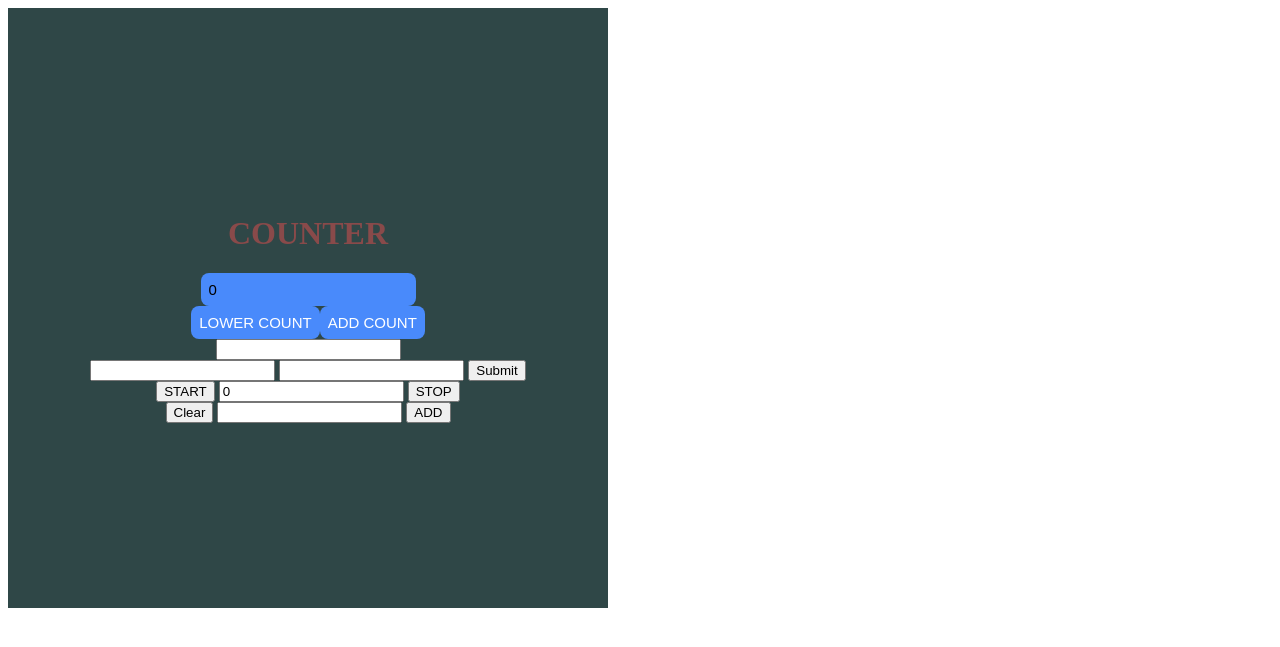
Repository: sedashahnazaryan/Caunter
Page: index.html
The author's editor kept a copy of each file at every save. The page is drawn from the files as they stood at one save, then again after a run of saves.
The browser window is 1280 px wide. The pictures show the whole page.

Above is the page before, as saved 2022-02-15 01:27:47.

### index.html
<!DOCTYPE html>
<html lang="en">
<head>
    <meta charset="UTF-8">
    <meta http-equiv="X-UA-Compatible" content="IE=edge">
    <meta name="viewport" content="width=device-width, initial-scale=1.0">
    <title>Caunter</title>
    <link rel="stylesheet" href="./index.css">
</head>

<body>
    <div class="container">

        <h1 class="counter">COUNTER</h1>
    <input class="item1"id="input" type="text" value="0">
    <div class="btn-item">
        <button id="lower" onclick="">LOWER COUNT </button>
        <button id ="add">ADD COUNT</button>
    </div>

    <input id ="result" type="text">
    <div class="add-item">
        <input id="num1" type="text">
        <input id="num2" type="text">
        <button id="submit">Submit</button>
    </div>

    <div class="item1">
        <button id ="start">START</button>
         <input id ="interval"value=0 type="text">
          <button id ="stop">STOP</button>
    </div>
    <div class="item2">
        <button id ="adding">Clear</button>
        <input id="result-fibo" type="text">
        <button id="add-fibo">ADD</button>
    </div>
</div>

   <script src="./index.js"></script>
</body>
</html>

### index.css




.container{
  display: flex;
  height: 600px;
  width: 600px;
  justify-content: center;
  align-items: center;
  background-color: rgb(47, 71, 71);
  flex-direction: column;
}

.counter{
color: rgba(151, 75, 75, 0.87);

}



.btn-item{
    display: flex;
    justify-content: center;
}
#add,#lower {
    background-color: #498AFB;
    color: white;
    padding: 8px;
    border-radius: 8px;
    border: none;
    font-size: 15px;

    cursor: pointer;

}
/* #lower {
    background-color: #498AFB;
    color: white;
    padding: 8px;
    border-radius: 8px;
    border: none;
    font-size: 15px;
    cursor: pointer; */

           #input{
        background-color: #498AFB;
        /* color: white; */
        padding: 8px;
        border-radius: 8px;
        border: none;
        font-size: 15px;

        cursor: pointer;
    }

### index.js
let counterDisplayElem = document.getElementById('input');
let counterMinusElem = document.getElementById('lower');
let counterPlusElem = document.getElementById('add');
let result=document.getElementById('result');
let num1 =document.getElementById('num1');
let num2 =document.getElementById('num2');
let submit=document.getElementById('submit');
let number = 0;



counterPlusElem.addEventListener("click",()=>{
    counterDisplayElem.value++;
}) ;

counterMinusElem.addEventListener("click",()=>{
    counterDisplayElem.value--;
});

function curry(a){
    return function(b){
       return a+b;
    }

};
submit.addEventListener('click',()=>{
result.value=curry(+num1.value)(+num2.value);

});
function fibonacci(num){
    if(num<=1){
        return num;

    }
      return fibonacci(num-1)+fibonacci(num-2);
    //   0,1,1,2,3,5,8,13,21-8րդ թիվն է
}
document.getElementById("add-fibo").addEventListener('click',()=>{
    document.getElementById('result-fibo').value+=fibonacci(number);
    number++;


    })

    document.getElementById("adding").addEventListener("click", ()=>{
        document.getElementById("result-fibo").value = "";
        number=0;
      });

      let interval;
      function starting(){
      interval=setInterval(() => {
          document.getElementById('interval').value++;

      }, 500)};

      function off(){
        clearInterval(interval);
        document.getElementById('interval').value="";

      }
      document.getElementById('start').addEventListener('click',starting)


      document.getElementById('stop').addEventListener('click',off);

After the next 2 saves:
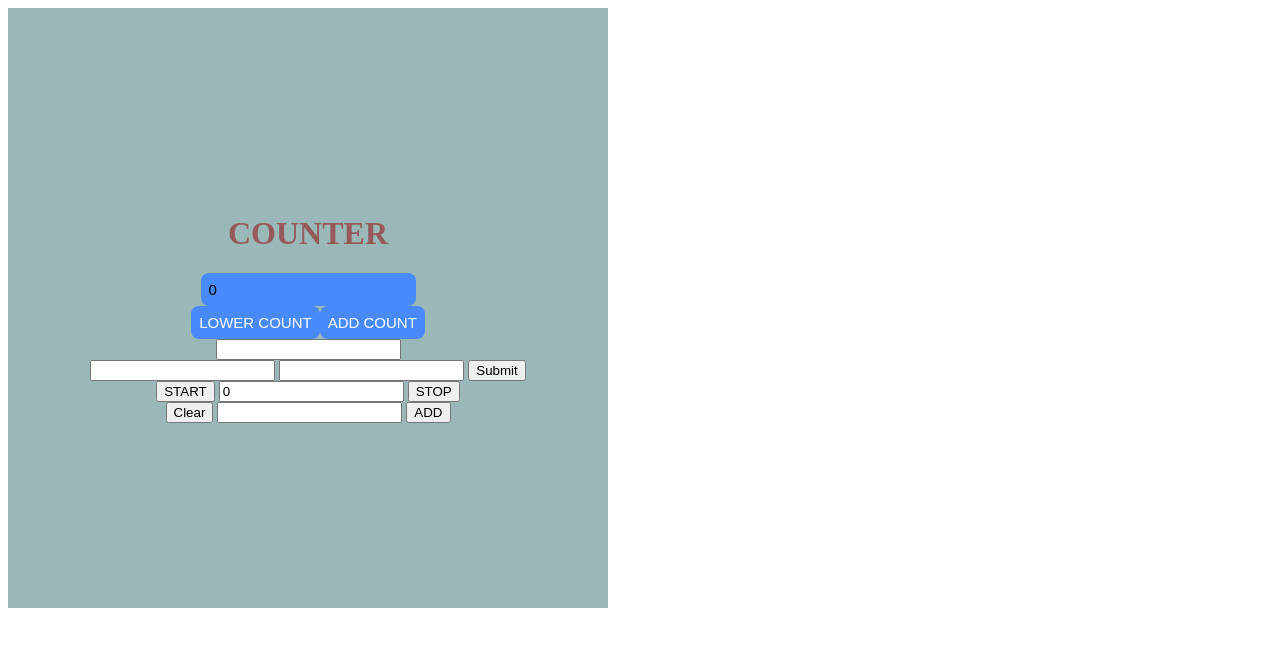
The 2 saves are shown as one change because they came seconds apart.
The last was saved 9 s later.
--- a/index.css
+++ b/index.css
@@ -8,7 +8,7 @@
   width: 600px;
   justify-content: center;
   align-items: center;
-  background-color: rgb(47, 71, 71);
+  background-color: rgb(155, 184, 184);
   flex-direction: column;
 }
 
